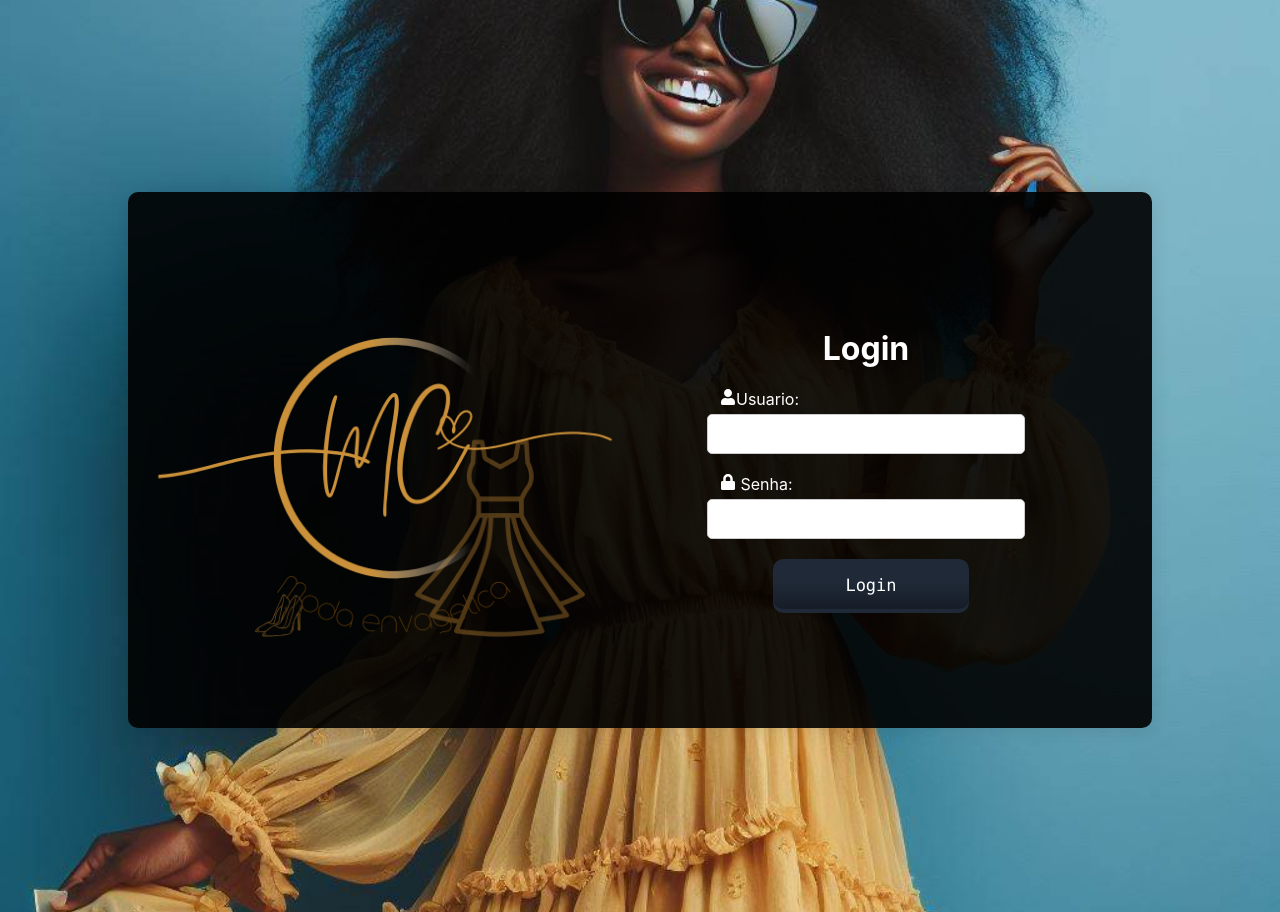
Repository: Mixchelle/ecommerce-moda-evangelica
Page: /login-admin
The author's editor kept a copy of each file at every save. The page is drawn from the files as they stood at one save, then again after the next save.
The browser window is 1280 px wide. The pictures show the whole page.
The project was rebuilt for these pictures with package versions that can differ from the ones it lists, and the page was loaded fresh each time. Also part of the build but not shown: src/components/Header.js, src/components/CategoriesFilter.js, src/pages/Home.js, src/pages/Login.js, src/pages/Admin.js, src/pages/Cart.js.

Above is the page before, as saved 2024-04-29 22:25:30.

### src/App.js
import React from 'react';
import { BrowserRouter as Router, Routes, Route } from 'react-router-dom';
import './App.css';
import Home from './pages/Home';
import Login from './pages/Login';
import LoginAdmin from './pages/LoginAdmin';
import Admin from './pages/Admin';
import Cart from './pages/Cart';

function App() {
  return (
    <Router>
      <div className="App">
        <Routes>
          <Route exact path="/" element={<Home />} />
          <Route path="/login" element={<Login />} />
          <Route path="/login-admin" element={<LoginAdmin />} />
          <Route path="/admin" element={<Admin />} />
          <Route path="/cart" element={<Cart />} />
        </Routes>
      </div>
    </Router>
  );
}

export default App;

### src/pages/LoginAdmin.jsx
import React, { useState } from 'react';
import { FaUser, FaLock } from 'react-icons/fa';
import '../style/Login.css';
import logo from '../assets/logo-sem-fundo.png';

const LoginAdmin = () => {

    const [username, setUsername] = useState('');
    const [password, setPassword] = useState('');
    // Usando o hook useWebSocket para receber dados do WebSocket

    const handleSubmit = async (e) => {
      e.preventDefault();
      try {

      } catch (error) {

      }
    };


    return (
      <div className="login-container">
        <div className="image-container">
          <img src={logo} alt="Logo da Empresa" />
        </div>
        <div className="form-container">
          <h1>Login</h1>
          <form onSubmit={handleSubmit}>
            <div className="form-group">
              <label htmlFor="username">
                <FaUser />
                Usuario:
              </label>
              <input
                type="text"
                id="username"
                name="username"
                value={username}
                onChange={(e) => setUsername(e.target.value)}
              />
            </div>
            <div className="form-group">
              <label htmlFor="password">
                <FaLock /> Senha:
              </label>
              <input
                type="password"
                id="password"
                name="password"
                value={password}
                onChange={(e) => setPassword(e.target.value)}
              />
            </div>
            <button type="submit">
              <span className="transition"></span>
              <span className="gradient"></span>
              <span className="label">Login</span>
            </button>
          </form>
        </div>
      </div>
    );
  };

  export default LoginAdmin;

### src/style/Login.css
body {
  background-image: url('../assets/OIG2.3KeraQGUKquJ4o.jpeg');
  background-size: cover;
  background-repeat: no-repeat;
  background-position: center;
  height:100vh;
  margin: 0;
  padding: 0;
}

.login-container {
  margin-top: 15%;
  margin-bottom: auto;
  margin-left: auto;
  margin-right: auto;
  display: flex;
  width: 80%;
  justify-content: center;
  align-items: center;
  background-color: rgba(0, 0, 0, 0.9);
  border-radius: 10px;
  box-shadow: 0 0 20px rgba(0, 0, 0, 0.1);
}

.image-container {
  flex: 1;
}

.image-container img {
  max-width: 100%;
  flex: 1;
  padding: 20px;
}

.form-container {
  flex: 1;

  margin-right: 40px;
}

.form-container h1 {
  color: #fff;
  text-align: center;

}

.form-group {
  margin-bottom: 20px;
  text-align: center;
  color: #fff;
  justify-content: center;
}

.form-group label {
  display: block;
  margin-bottom: 5px;
  text-align: left;
  margin-left: 100px;
  color: #fff;
}

.form-group input {
  width: 60%;
  padding: 10px;
  font-size: 16px;
  border: 1px solid #ccc;
  border-radius: 5px;
  outline: none;

}

button {
  width: 40%;
  padding: 10px;
  font-size: 18px;
  color: #fff;
  background-color: #007bff; /* Azul moderno */
  border: none;
  border-radius: 5px;
  cursor: pointer;
  outline: none;
  transition: background-color 0.3s ease;
  margin-left: 10px;
}

button:hover {
  background-color: #0056b3; /* Azul mais escuro ao passar o mouse */
}

button {
  font-family: ui-monospace, SFMono-Regular, Menlo, Monaco, Consolas,
    'Liberation Mono', 'Courier New', monospace;
  font-size: 17px;
  padding: 1em 2.7em;
  font-weight: 500;
  background: #1f2937;
  color: white;
  border: none;
  position: relative;
  overflow: hidden;
  border-radius: 0.6em;
  cursor: pointer;
  text-align: center;
}

.gradient {
  position: absolute;
  width: 100%;
  height: 100%;
  left: 0;
  top: 0;
  border-radius: 0.6em;
  margin-top: -0.25em;
  background-image: linear-gradient(
    rgba(0, 0, 0, 0),
    rgba(0, 0, 0, 0),
    rgba(0, 0, 0, 0.3)
  );
}

.label {
  position: relative;
  top: -1px;
}

.transition {
  transition-timing-function: cubic-bezier(0, 0, 0.2, 1);
  transition-duration: 500ms;
  background-color: rgba(16, 185, 129, 0.6);
  border-radius: 9999px;
  width: 0;
  height: 0;
  position: absolute;
  left: 50%;
  top: 50%;
  transform: translate(-50%, -50%);
}

button:hover .transition {
  width: 14em;
  height: 14em;
}

button:active {
  transform: scale(0.97);
}

Loaded but not shown: public/index.html (common file); src/index.js (common file); src/index.css (common file); src/reportWebVitals.js (common file); src/App.css (common file)

After the next save:
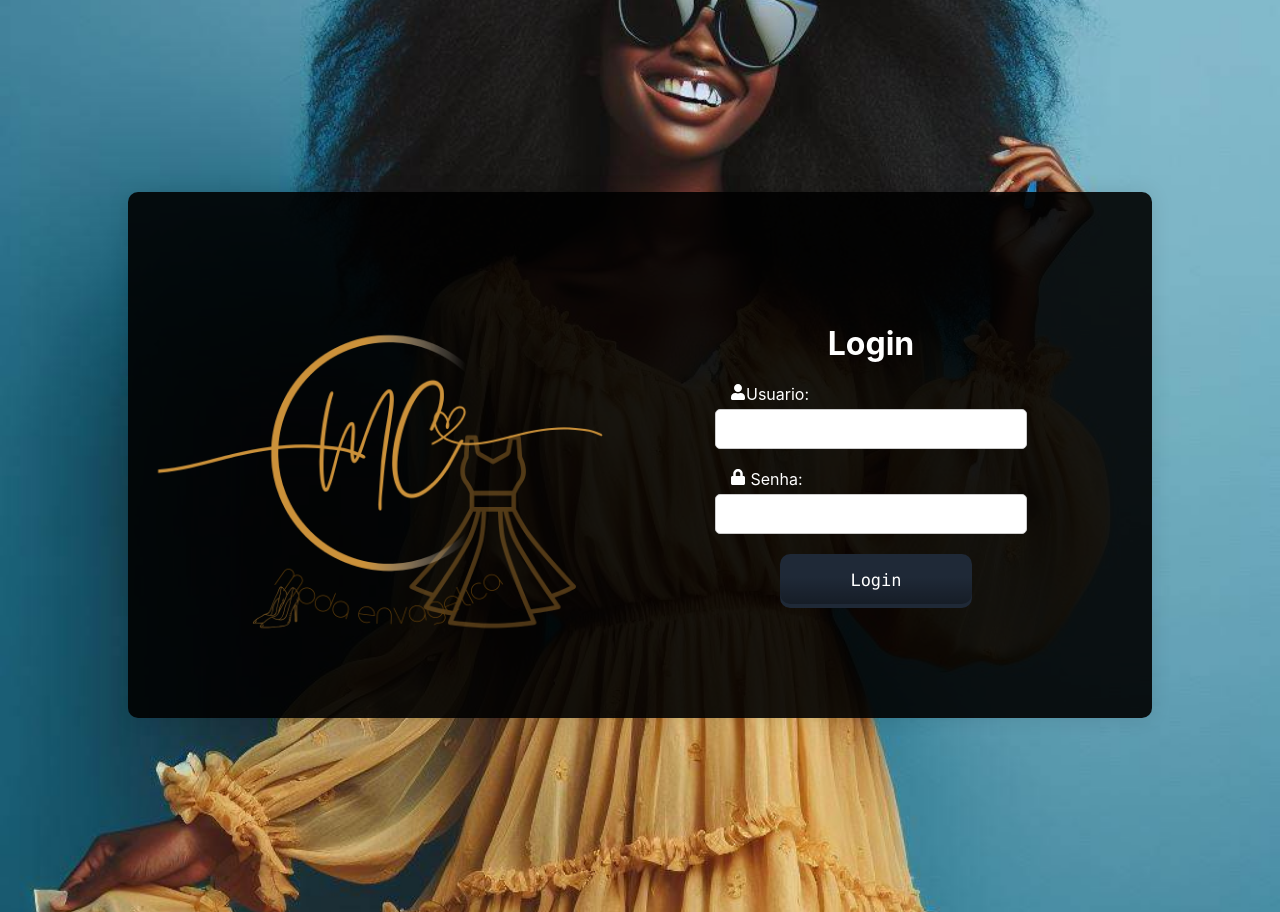
Saved 9 s later.
--- a/src/style/Login.css
+++ b/src/style/Login.css
@@ -144,3 +144,20 @@
 button:active {
   transform: scale(0.97);
 }
+
+@media (min-width: 768px) {
+  /* Para dispositivos com largura mínima de 768px (tablets e desktops) */
+  .login-container {
+    flex-direction: row;
+  }
+
+  .image-container {
+    flex: 1;
+    margin-bottom: 0;
+  }
+
+  .form-container {
+    flex: 1;
+    margin-left: 20px;
+  }
+}
